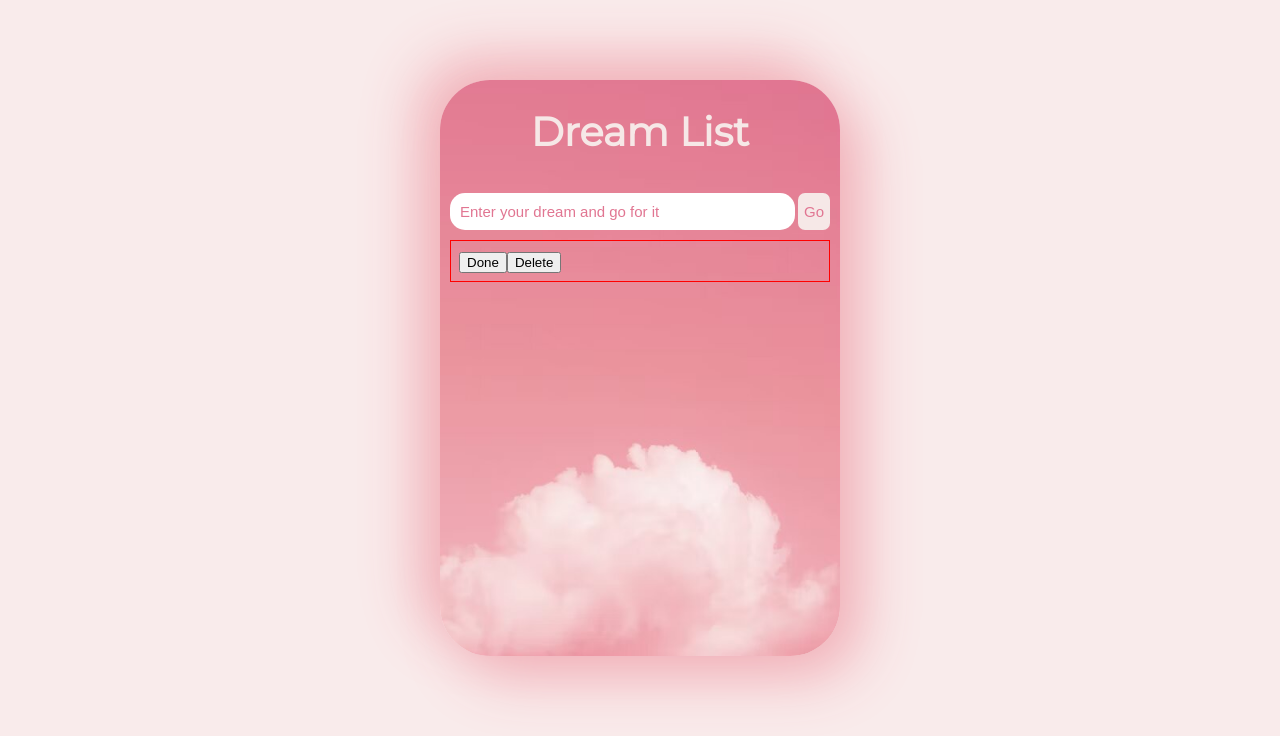
Repository: asya-aisa/grocery-list
Page: /, after clicking the first element matching `button.btn-add`
An editor plug-in stored every save of this project. The page is shown before and after a run of saves, followed by the edit.
The browser window is 1280 px wide. The pictures show the whole page.
The project was rebuilt for these pictures with package versions that can differ from the ones it lists, and the page was loaded fresh each time.

Above is the page before, as saved 2023-07-14 16:37:56.

### public/index.html
<!DOCTYPE html>
<html lang="en">
  <head>
    <meta charset="utf-8" />
    <link rel="icon" href="%PUBLIC_URL%/favicon.ico" />
    <meta name="viewport" content="width=device-width, initial-scale=1" />
    <meta name="theme-color" content="#000000" />
    <meta
      name="description"
      content="Web site created using create-react-app"
    />
    <link rel="apple-touch-icon" href="%PUBLIC_URL%/logo192.png" />
    <!--
      manifest.json provides metadata used when your web app is installed on a
      user's mobile device or desktop. See https://developers.google.com/web/fundamentals/web-app-manifest/
    -->
    <link rel="manifest" href="%PUBLIC_URL%/manifest.json" />
    <link rel="preconnect" href="https://fonts.googleapis.com">
    <link rel="preconnect" href="https://fonts.gstatic.com" crossorigin>
    <link href="https://fonts.googleapis.com/css2?family=Montserrat:ital@0;1&display=swap" rel="stylesheet">
    <!--
      Notice the use of %PUBLIC_URL% in the tags above.
      It will be replaced with the URL of the `public` folder during the build.
      Only files inside the `public` folder can be referenced from the HTML.

      Unlike "/favicon.ico" or "favicon.ico", "%PUBLIC_URL%/favicon.ico" will
      work correctly both with client-side routing and a non-root public URL.
      Learn how to configure a non-root public URL by running `npm run build`.
    -->
    <title>React App</title>
  </head>
  <body>
    <noscript>You need to enable JavaScript to run this app.</noscript>
    <div id="root"></div>
    <!--
      This HTML file is a template.
      If you open it directly in the browser, you will see an empty page.

      You can add webfonts, meta tags, or analytics to this file.
      The build step will place the bundled scripts into the <body> tag.

      To begin the development, run `npm start` or `yarn start`.
      To create a production bundle, use `npm run build` or `yarn build`.
    -->
  </body>
</html>

### src/App.js

import './App.css';
import { DreamList } from './DreamList';

function App() {
  return (
    <div className="App">
      <div className='container'>
        <h1>Dream List</h1>
      </div>
      <DreamList />
    </div>
  );
}

export default App;

### src/App.css
.App {
  background-image: url(fon-img.jpg);
  background-position: center;
  background-size: cover;
  background-repeat: no-repeat;
  width: 400px;
  min-height: 80vh;
  margin: 80px auto;
  border-radius: 50px;
  box-shadow:  20px 20px 60px #f1b0b8,
             -20px -20px 60px #f1b0b8;
}
body {
  background-color: #f9ebeb;
}
.container {
  display: flex;
  justify-content: center;
}
h1 {
  color:#f6e8e7;
  font-size: 40px;
  font-family: 'Montserrat', sans-serif;
}

input {
  flex: 1;
  padding: 10px;
  font-size: 15px;
  border: none;
  border-radius: 15px;
  outline: none;
  color: #e17692;
}
::placeholder {
  color: #e17692;
}

.container-input {
  display: flex;
  justify-content: center;
  margin: 10px;
}

.btn-add {
  border: none;
  font-size: 15px;
  border-radius: 7px;
  background-color: #f6e8e7;
  color: #e17692;
  margin-left: 3px;
}

ul {
  margin: 0px;
  padding: 0px;
}

.item {
  list-style: none;
  margin: 10px;
  padding: 8px;
  font-size: 20px;
  border: 1px red solid;
}

### src/DreamList.js
import { Component } from "react";

export class DreamList extends Component {

    state = {
        inputDream: '',
        dreamList: []
    }

    upDateInput(e) {
        this.setState({
            inputDream: e
        })
    }
    AddDream(input) {
        let dreamArray = this.state.dreamList;
        dreamArray.push(input);
        this.setState({dreamList: dreamArray, inputDream: ''})
    }

    DeleteItem(number) {
        let dreamArray = this.state.dreamList;
        dreamArray.splice(number,1);
        this.setState({dreamList: dreamArray})
    }





    render() {
        return <div>
            <div className="container-input">
              <input type="text" placeholder="Enter your dream and go for it"
              onChange={(e) => {this.upDateInput(e.target.value)}}
              value={this.state.inputDream}/>

              <button className="btn-add" onClick={() => this.AddDream(this.state.inputDream)}>Go</button>
            </div>


            <ul>
                {this.state.dreamList.map((item, index) => (
                    <li className="item" key={index}>
                        {item}
                        <button>Done</button>
                        <button onClick={() => this.DeleteItem(index)}>Delete</button>
                    </li>
                ))}
            </ul>
        </div>
    }
}

Loaded but not shown: src/index.js (common file); src/reportWebVitals.js (common file)

After the next 2 saves:
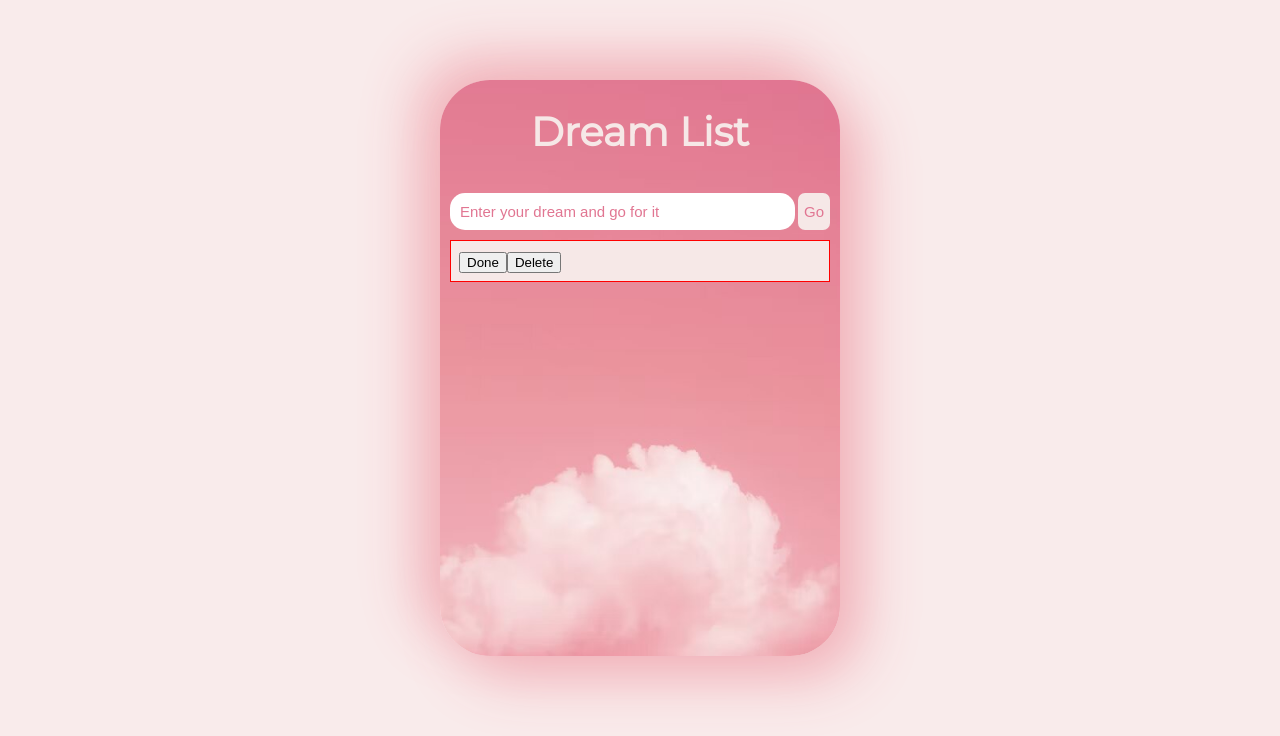
The 2 saves are shown as one change because they came seconds apart.
The last was saved 13 s later.
--- a/src/App.css
+++ b/src/App.css
@@ -61,5 +61,6 @@ ul {
   margin: 10px;
   padding: 8px;
   font-size: 20px;
+  background-color: #f6e8e7;
   border: 1px red solid;
 }
